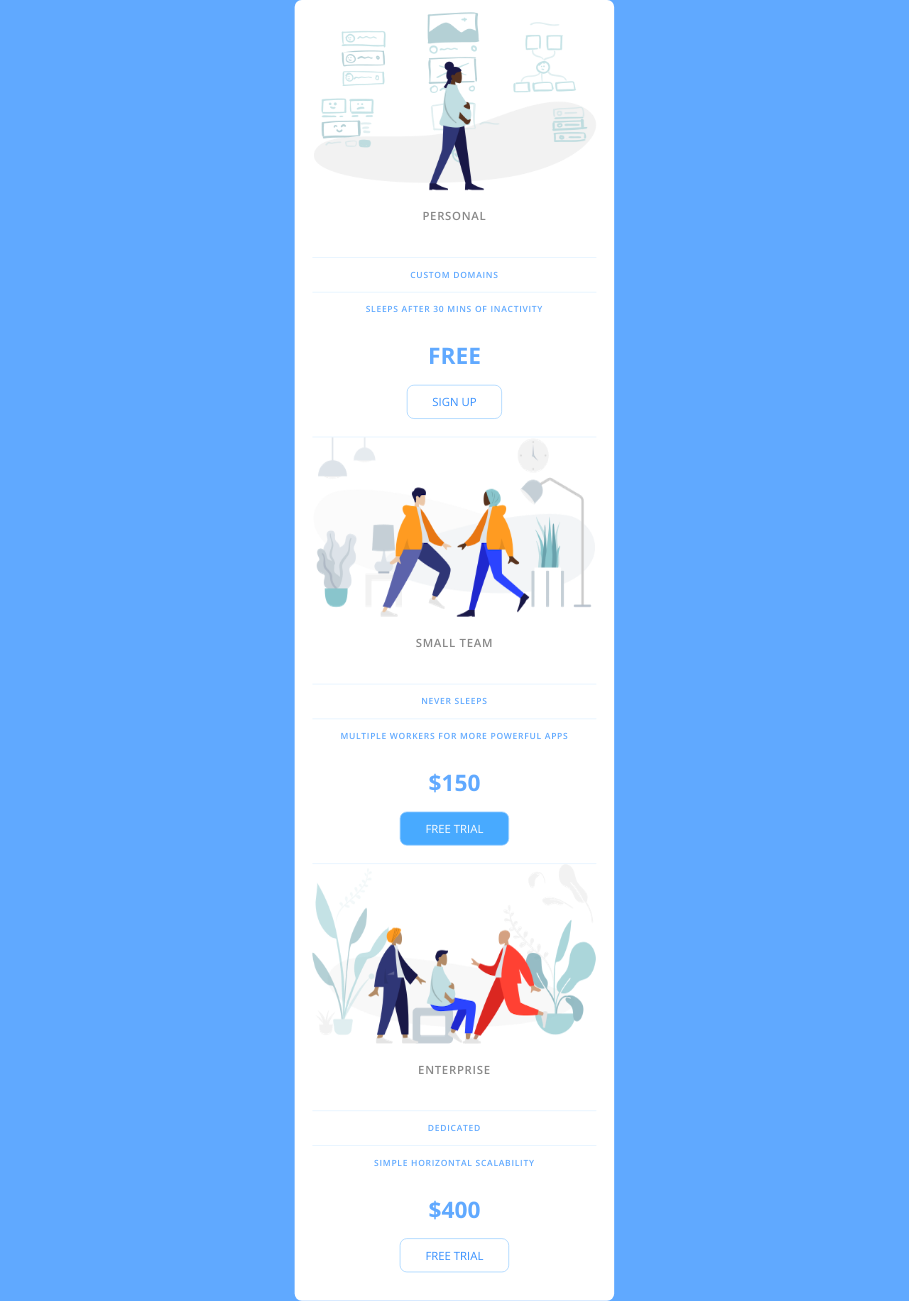
Repository: fatehailey/Pricing-Panel
Page: index.html
An editor plug-in stored every save of this project. The page is shown before and after the next save, followed by the edit.
The browser window is 1280 px wide. The pictures show the whole page, at 71% of full size.
The pointer rests on the first visible `.pricing-button.is-featured`.

Above is the page before, as saved 2022-09-16 12:49:26.

### index.html
<!DOCTYPE html>
<html lang="en">

<head>
    <meta charset="UTF-8">
    <meta name="viewport" content="width=device-width, initial-scale=1.0">
    <title>Price Tiers</title>
    <link rel="stylesheet" href="https://fonts.googleapis.com/css?family=Open+Sans:400,600,700">
    <link rel="stylesheet" href="app.css">
</head>

<body>
    <div class="panel pricing-table">

        <div class="pricing-plan">
            <img src="icons/icon1.png" alt="" class="pricing-img">
            <h2 class="pricing-header">Personal</h2>
            <ul class="pricing-features">
                <li class="pricing-features-item">Custom domains</li>
                <li class="pricing-features-item">Sleeps after 30 mins of inactivity</li>
            </ul>
            <span class="pricing-price">Free</span>
            <a href="#/" class="pricing-button">Sign up</a>
        </div>

        <div class="pricing-plan">
            <img src="icons/icon2.png" alt="" class="pricing-img">
            <h2 class="pricing-header">Small team</h2>
            <ul class="pricing-features">
                <li class="pricing-features-item">Never sleeps</li>
                <li class="pricing-features-item">Multiple workers for more powerful apps</li>
            </ul>
            <span class="pricing-price">$150</span>
            <a href="#/" class="pricing-button is-featured">Free trial</a>
        </div>

        <div class="pricing-plan">
            <img src="icons/icon3.png" alt="" class="pricing-img">
            <h2 class="pricing-header">Enterprise</h2>
            <ul class="pricing-features">
                <li class="pricing-features-item">Dedicated</li>
                <li class="pricing-features-item">Simple horizontal scalability</li>
            </ul>
            <span class="pricing-price">$400</span>
            <a href="#/" class="pricing-button">Free trial</a>
        </div>

    </div>

</body>

</html>

### app.css
/* http://meyerweb.com/eric/tools/css/reset/
   v2.0 | 20110126
   License: none (public domain)
*/

html, body, div, span, applet, object, iframe,
h1, h2, h3, h4, h5, h6, p, blockquote, pre,
a, abbr, acronym, address, big, cite, code,
del, dfn, em, img, ins, kbd, q, s, samp,
small, strike, strong, sub, sup, tt, var,
b, u, i, center,
dl, dt, dd, ol, ul, li,
fieldset, form, label, legend,
table, caption, tbody, tfoot, thead, tr, th, td,
article, aside, canvas, details, embed,
figure, figcaption, footer, header, hgroup,
menu, nav, output, ruby, section, summary,
time, mark, audio, video {
	margin: 0;
	padding: 0;
	border: 0;
	font-size: 100%;
	font: inherit;
	vertical-align: baseline;
}
/* HTML5 display-role reset for older browsers */
article, aside, details, figcaption, figure,
footer, header, hgroup, menu, nav, section {
	display: block;
}
body {
	line-height: 1;
}
ol, ul {
	list-style: none;
}
blockquote, q {
	quotes: none;
}
blockquote:before, blockquote:after,
q:before, q:after {
	content: '';
	content: none;
}
table {
	border-collapse: collapse;
	border-spacing: 0;
}


html {
    box-sizing: border-box;
    font-family: 'Open Sans', sans-serif;
}
body{
    background-color: #60a9ff;
    display: flex;
    justify-content: center;
    align-items: center;
    min-height: 100vh;
}

.panel{
    background-color: white;
    border-radius: 10px;
    padding: 15px 25px;
    max-width: 960px;
    display: flex;
    flex-direction: column;
    text-align: center;
    text-transform: uppercase;
}

.pricing-plan:not(:last-child) {
    border-bottom: 1px solid #e1f1ff;
  }

.pricing-img {
    margin-bottom: 25px;
    width: 100%;
}

.pricing-header{
    color: #888;
    font-weight: 600;
    letter-spacing: 1px;
}

.pricing-features{
    margin: 50px 0 25px;
    color: #60a9ff;
}

.pricing-features-item{
    font-weight: 600;
    letter-spacing: 1px;
    font-size: 12px;
    line-height: 1.5;
    padding: 15px 0;
    border-top: 1px solid #e1f1ff;
}

.pricing-features:last-child{
    border-bottom: 1px solid #e1f1ff;
}
.pricing-price{
    color: #60a9ff;
    display: block;
    font-size: 32px;
    font-weight: 700;
}

.pricing-button {
    border: 1px solid #9dd1ff;
    border-radius: 10px;
    color: #348efe;
    display: inline-block;
    padding: 15px 35px;
    text-decoration: none;
    margin: 25px 0;
    transition: background-color 200ms ease-in-out ;
}

.pricing-button:hover, .pricing-button:focus{
    background-color: #e1f1ff;
}

.pricing-button.is-featured{
    background-color: #48aaff;
    color: white;
}

.pricing-button.is-featured:hover, .pricing-button.is-featured:focus{
    background-color: #48aaff;
    color: white;
}

After the next save:
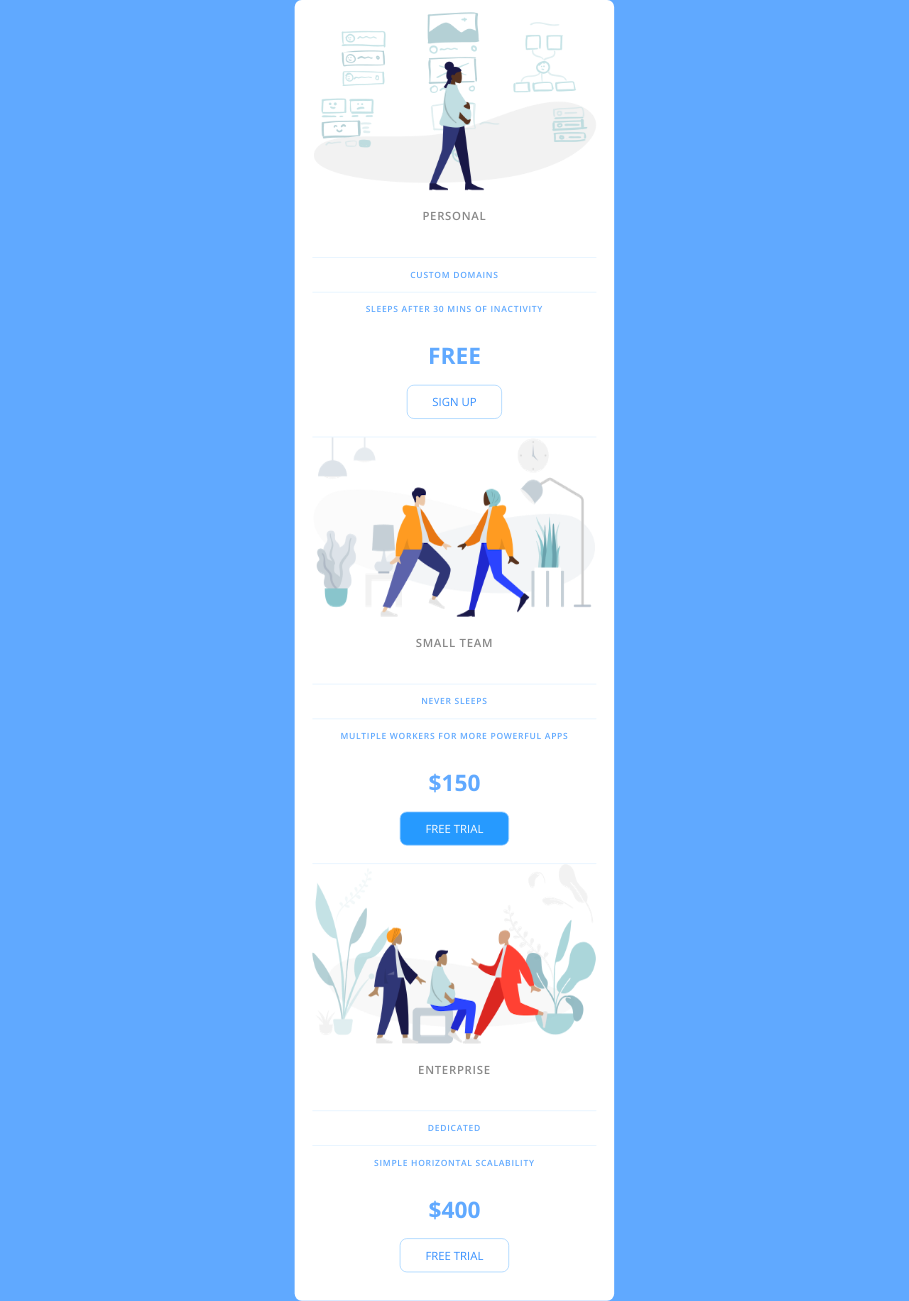
Saved 36 s later.
--- a/app.css
+++ b/app.css
@@ -131,6 +131,6 @@
 }
 
 .pricing-button.is-featured:hover, .pricing-button.is-featured:focus{
-    background-color: #48aaff;
+    background-color: #269aff;
     color: white;
 }
